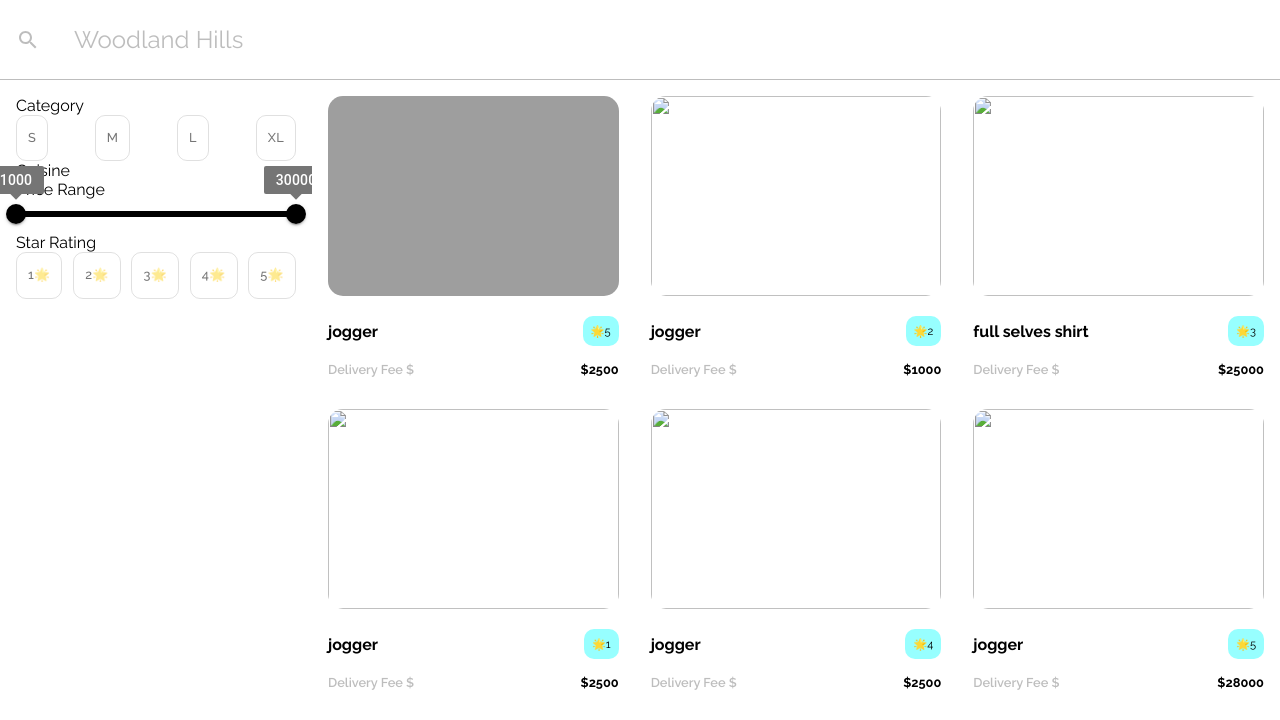
Repository: GokulDev4U/filter_product
Page: /
These files come from the project's save history. The page is drawn as it stood at one moment and after the next save; the edit follows.
The browser window is 1280 px wide. The pictures show the whole page.
Pictures or frames that could not be fetched are drawn as grey boxes. An inner scrolling area shows only its first screen. The project was rebuilt for these pictures with package versions that can differ from the ones it lists, and the page was loaded fresh each time. Also part of the build but not shown: src/components/common/EmptyView/styles.css, src/components/common/EmptyView/index.jsx.

Above is the page before, as saved 2022-03-20 15:39:23.

After the next save:
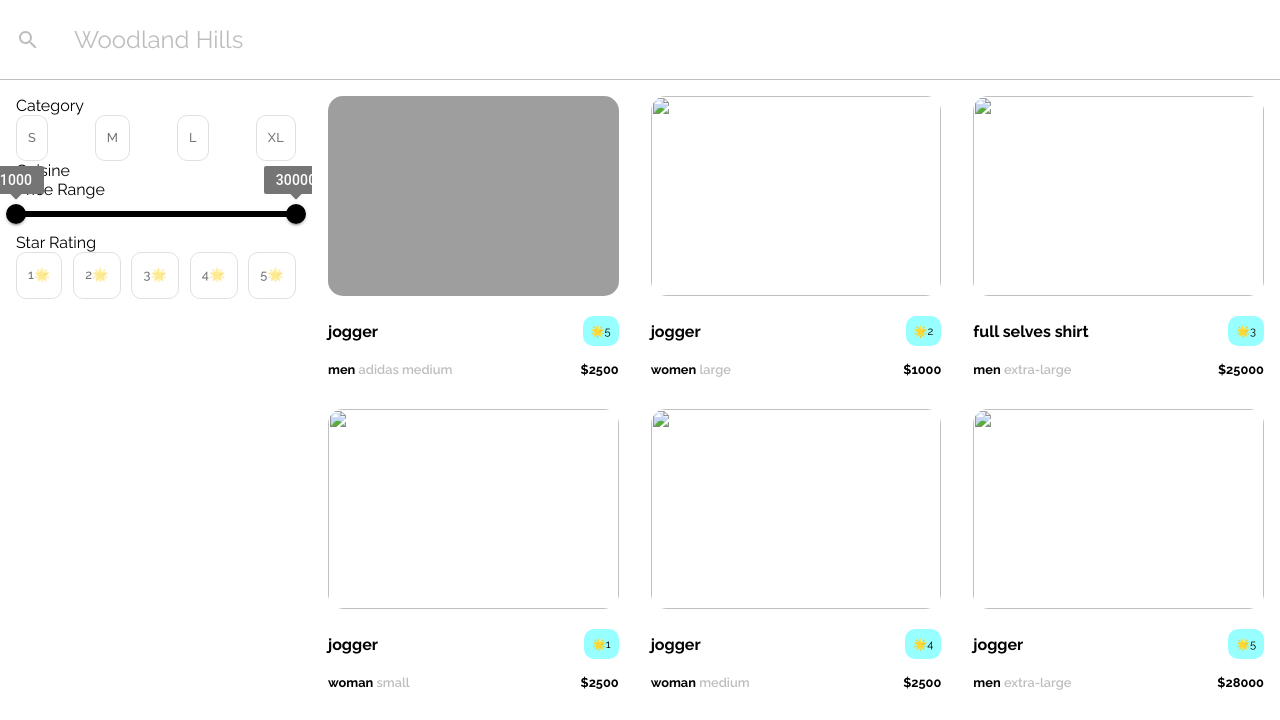
Saved 2 min 20 s later.
--- a/src/components/Home/List/ListItem/index.jsx
+++ b/src/components/Home/List/ListItem/index.jsx
@@ -2,7 +2,7 @@ import React from 'react';
 import './styles.css';
 
 const ListItem = ({
-    item: { coverSrc, title, price, deliveryFee, serviceTime, rating },
+    item: { coverSrc, title, price, category, brand, size, rating },
 }) => (
     <div className='listItem-wrap'>
         <img src={coverSrc} alt='' />
@@ -12,7 +12,7 @@ const ListItem = ({
         </header>
         <footer>
             <p>
-                <b>{serviceTime}</b> <span> Delivery Fee ${deliveryFee}</span>
+                <b>{category}</b> <span>{brand}</span> <span>{size}</span>
             </p>
             <p>
                 <b>${price}</b>
